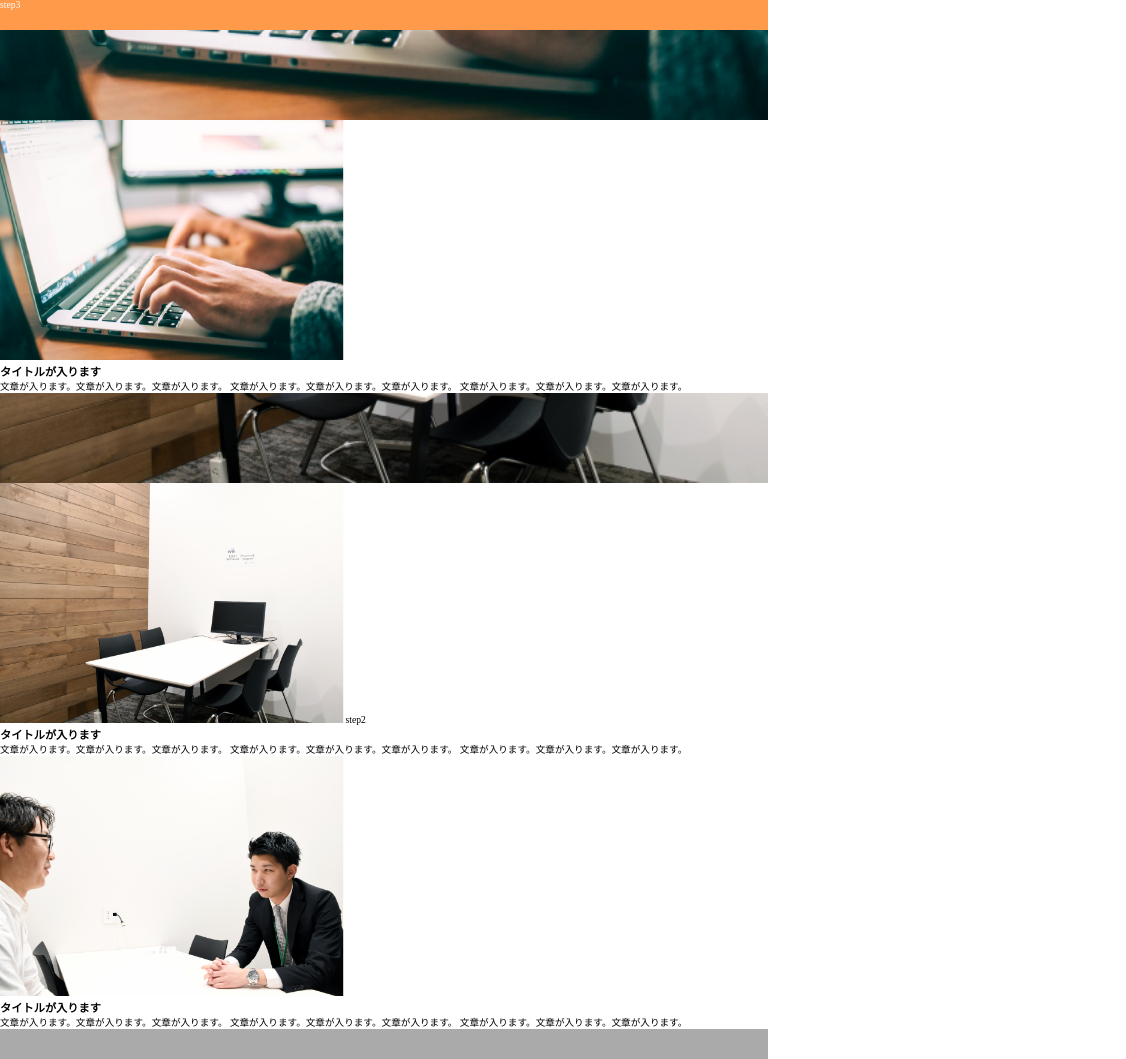
Repository: eyaonu/application2
Page: chapter9/answer9.html
The author's editor kept a record of every edit. The page is drawn from the files as they stood at one moment, then again after the next edit.
The browser window is 1280 px wide. The page is 1280 px wide, then 1876 px, so the pictures cover 1876 px, including what lies to the right of the window. The pictures show the whole page, at 60% of full size.

Above is the page before.

After the next edit:
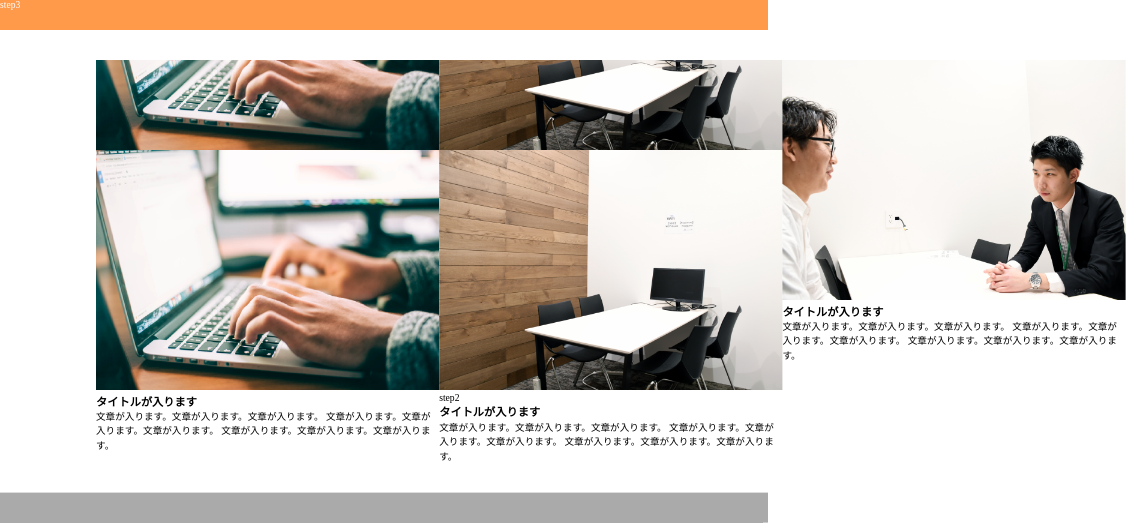
The edit:
--- a/chapter9/answer9.html
+++ b/chapter9/answer9.html
@@ -10,7 +10,7 @@
   <body>
     <header></header>
     <main>
-      <div claas="content-box">
+      <div class="content-box">
 
         <div claas="step-box">
           <span class="step-num">step1</span>
